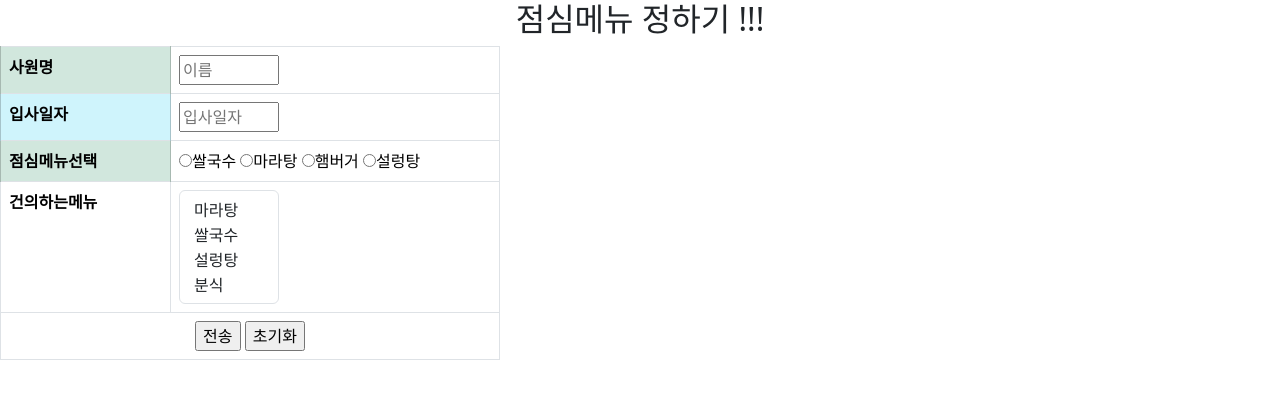
Repository: GANADAG/jspProject
Page: http://localhost/JspProject/day0228_1/qiuzForm_03.jsp
An editor plug-in stored every save of this project. The page is shown before and after the next save, followed by the edit.
The browser window is 1280 px wide. The pictures show the whole page.
Some web fonts or font styles are not loaded; a fallback is used. The page is served by Tomcat 9.

Above is the page before, as saved 2024-02-28 07:30:27.

After the next save:
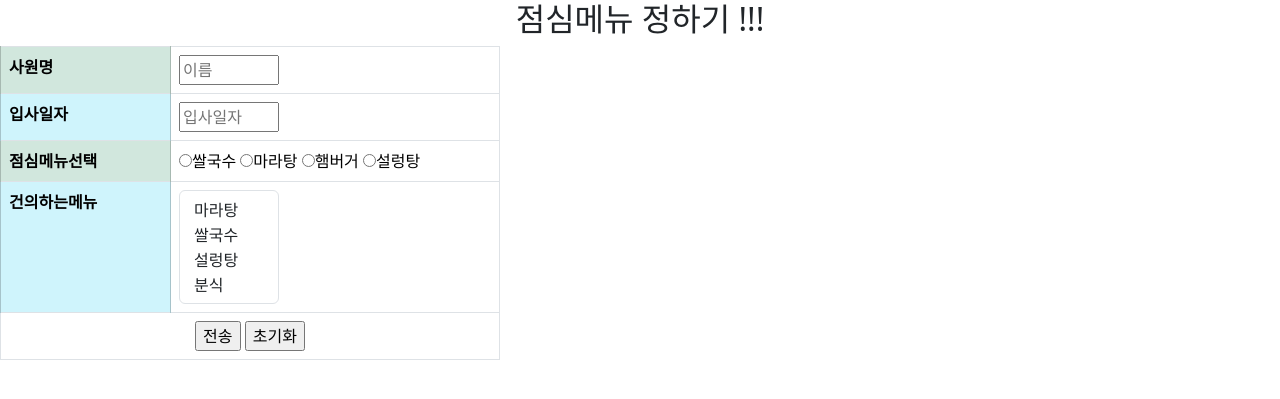
Saved 21 s later.
--- a/JspProject/src/main/webapp/day0228_1/qiuzForm_03.jsp
+++ b/JspProject/src/main/webapp/day0228_1/qiuzForm_03.jsp
@@ -41,7 +41,7 @@
 		 	</tr>
 
 		 	<tr>
-			<th width="170">건의하는메뉴</th>
+			<th width="170" class="table-info">건의하는메뉴</th>
 			<td>
 				<select name="city2" class="form-control" style="width:100px;"
 				multiple="multiple">
